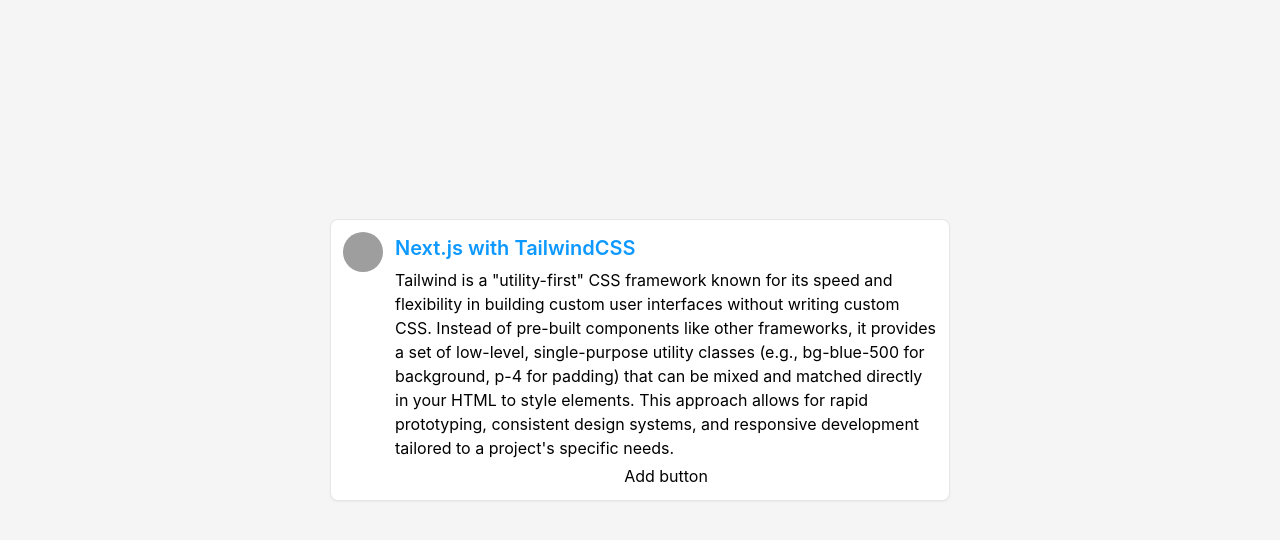
Repository: vignesh33654/resizablesidebar
Page: /
These files come from the project's save history. The page is drawn as it stood at one moment and after a run of saves; the edit follows.
The browser window is 1280 px wide. The pictures show the whole page.
The project was rebuilt for these pictures with package versions that can differ from the ones it lists, and the page was loaded fresh each time.

Above is the page before, as saved 2025-11-11 10:07:59.

After the next 3 saves:
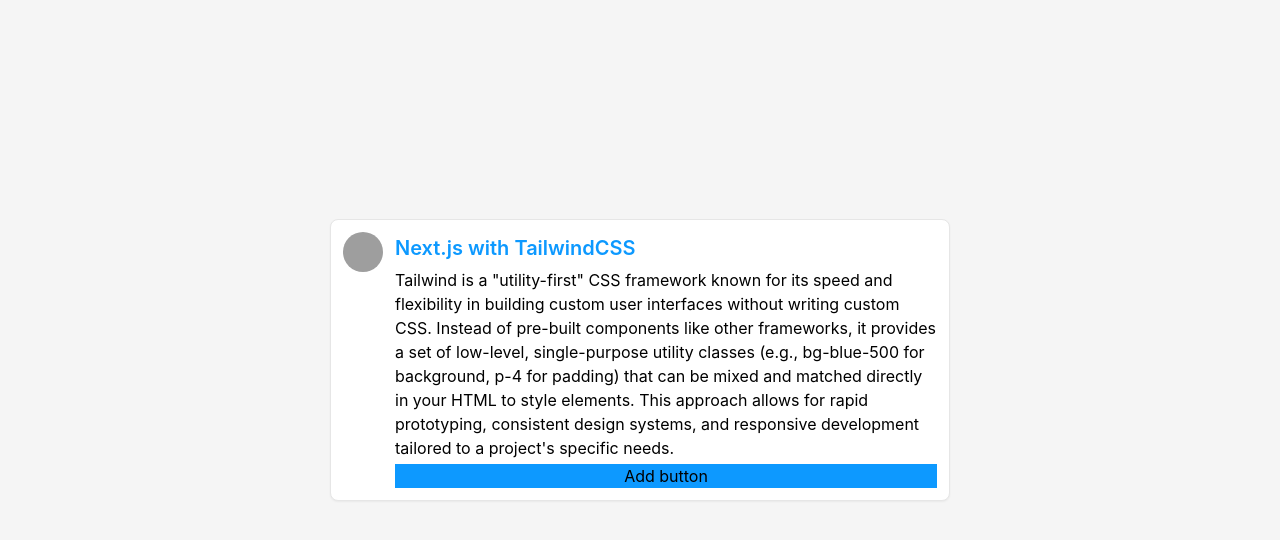
The 3 saves are shown as one change because they came seconds apart.
The last was saved 10 s later.
--- a/src/App.tsx
+++ b/src/App.tsx
@@ -23,7 +23,7 @@
             Tailwind is a "utility-first" CSS framework known for its speed and flexibility in building custom user interfaces without writing custom CSS. Instead of pre-built components like other frameworks, it provides a set of low-level, single-purpose utility classes (e.g., bg-blue-500 for background, p-4 for padding) that can be mixed and matched directly in your HTML to style elements. This approach allows for rapid prototyping, consistent design systems, and responsive development tailored to a project's specific needs.
           </p>
 
-          <button className="font-size-body-14 text-color">
+          <button className="font-size-body-14 text-color-white bg-color-primary ">
           Add button
           </button>
         </div>
